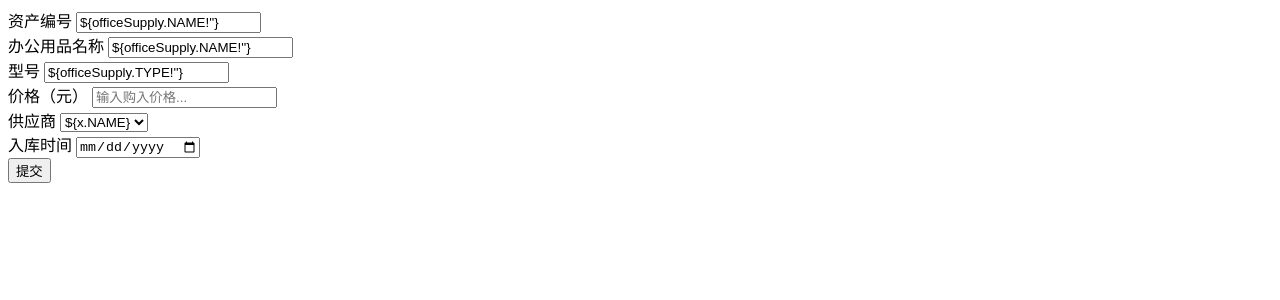
Repository: GaoChengliang/summerTask
Page: Campus_gcl/WebRoot/asset_management/office_supply/add_form.html
These files come from the project's save history. The page is drawn as it stood at one moment and after the next save; the edit follows.
The browser window is 1280 px wide. The pictures show the whole page.

Above is the page before, as saved 2015-07-29 08:23:51.

### Campus_gcl/WebRoot/asset_management/office_supply/add_form.html

<div class="form-group">
  <label>资产编号</label>
  <input placeholder="输入资产编号..." class="form-control" type="text" name="officeSupply.NAME" value="${officeSupply.NAME!''}" required ="true" />
</div>



<div class="form-group">
  <label>办公用品名称</label>
  <input placeholder="输入办公用品名称..." class="form-control" type="text" name="officeSupply.NAME" value="${officeSupply.NAME!''}" required ="true" />
</div>

<div class="form-group">
  <label>型号</label>
   <input placeholder="输入型号..." class="form-control" type="text" name="officeSupply.TYPE" value="${officeSupply.TYPE!''}"  required ="true" />
</div>

<div class="form-group">
  <label>价格（元）</label>
   <input placeholder="输入购入价格..." class="form-control" type="number" name="officeSupply.PRIZE" value="${officeSupply.PRIZE!''}" required = "true"/>
</div>

<div class="form-group">
  <label>供应商</label>
  <select class="form-control" name="officeSupply.SUPPLIER_ID" required = "true"}">
  <%for(x in suppliersList){ %>
  	<option value="${x.ID}">${x.NAME}</option>
  <%}%>
</select>

</div>

<div class="form-group">
  <label>入库时间</label>
   <input placeholder="输入物品入库时间..." class="form-control" type="date" name="officeSupply.IN_TIME" value="${officeSupply.IN_TIME!''}"  required ="true" />
</div>

<button class="btn btn-info" type="submit">提交</button>

After the next save:
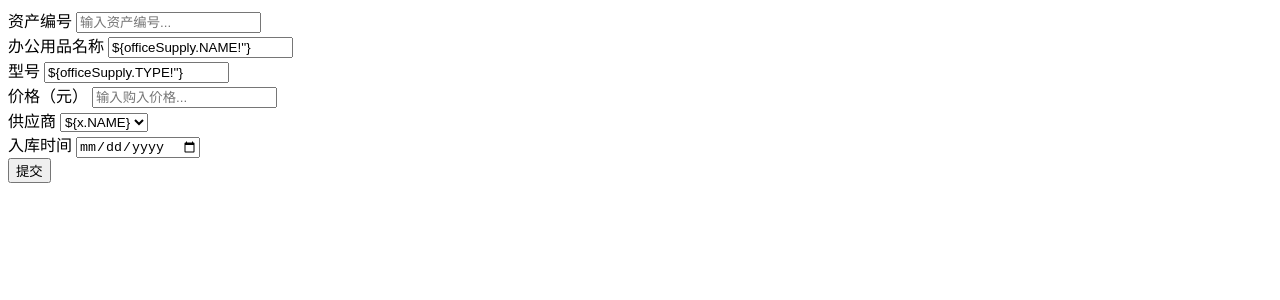
Saved 2 min 21 s later.
--- a/Campus_gcl/WebRoot/asset_management/office_supply/add_form.html
+++ b/Campus_gcl/WebRoot/asset_management/office_supply/add_form.html
@@ -1,7 +1,7 @@
 
 <div class="form-group">
   <label>资产编号</label>
-  <input placeholder="输入资产编号..." class="form-control" type="text" name="officeSupply.NAME" value="${officeSupply.NAME!''}" required ="true" />
+  <input placeholder="输入资产编号..." class="form-control" type="text" name="officeSupply.ID" value="" required ="true" />
 </div>
 
 
